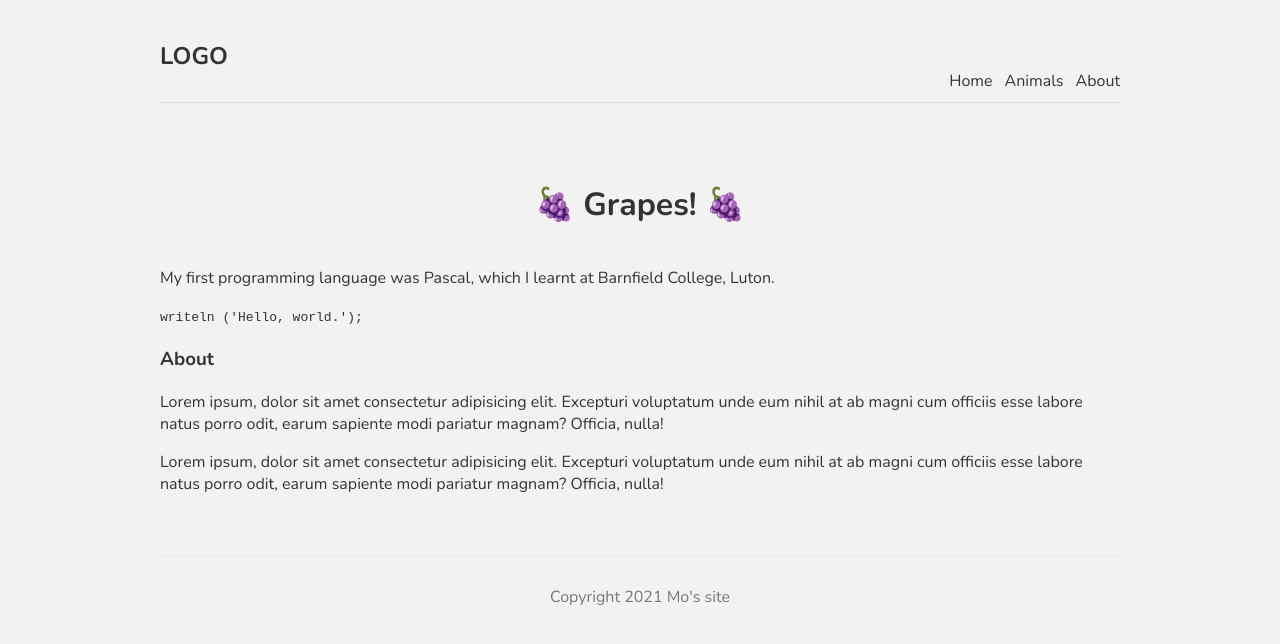
Repository: technogize/next-test-site
Page: /
The author's editor kept a copy of each file at every save. The page is drawn from the files as they stood at one save, then again after the next save.
The browser window is 1280 px wide. The pictures show the whole page.
The pointer rests on the first visible `nav a`.
The project was rebuilt for these pictures with package versions that can differ from the ones it lists, and the page was loaded fresh each time. The framework's server and built-in components were replaced by stand-ins that run in the browser.

Above is the page before, as saved 2021-10-02 20:02:43.

After the next save:
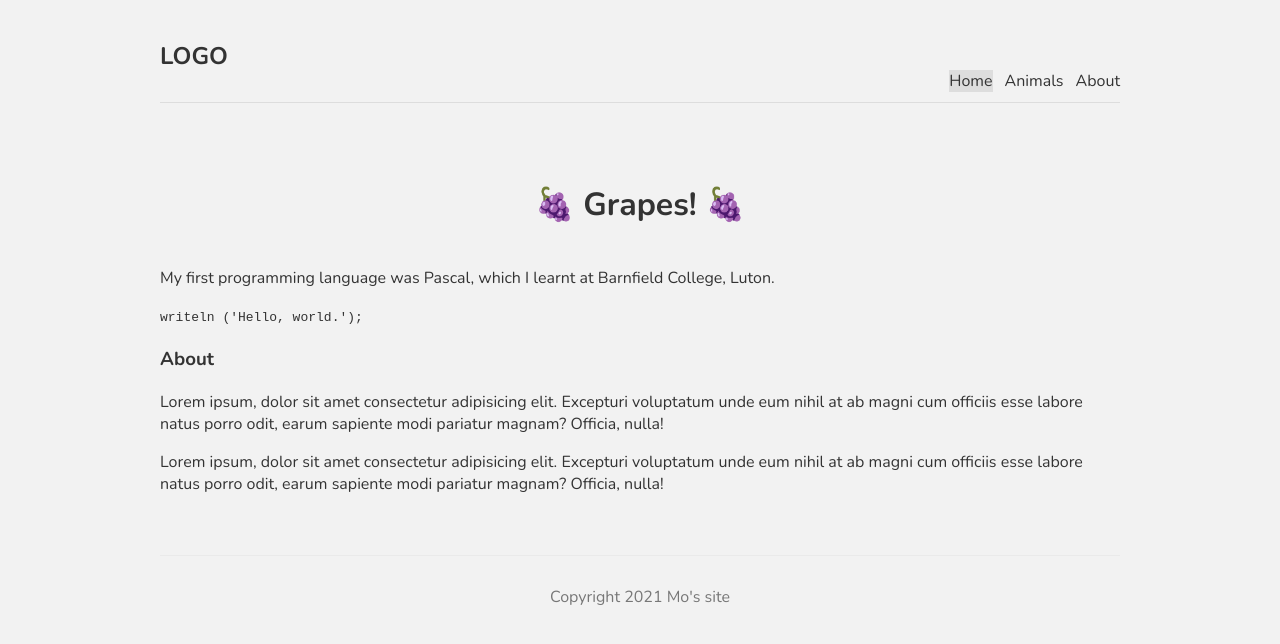
Saved 41 s later.
--- a/styles/globals.css
+++ b/styles/globals.css
@@ -24,6 +24,9 @@ nav {
 nav a {
   margin-left: 12px;
 }
+nav a:hover {
+  background-color: #ddd;
+}
 nav .logo {
   margin-right: auto;
 }
